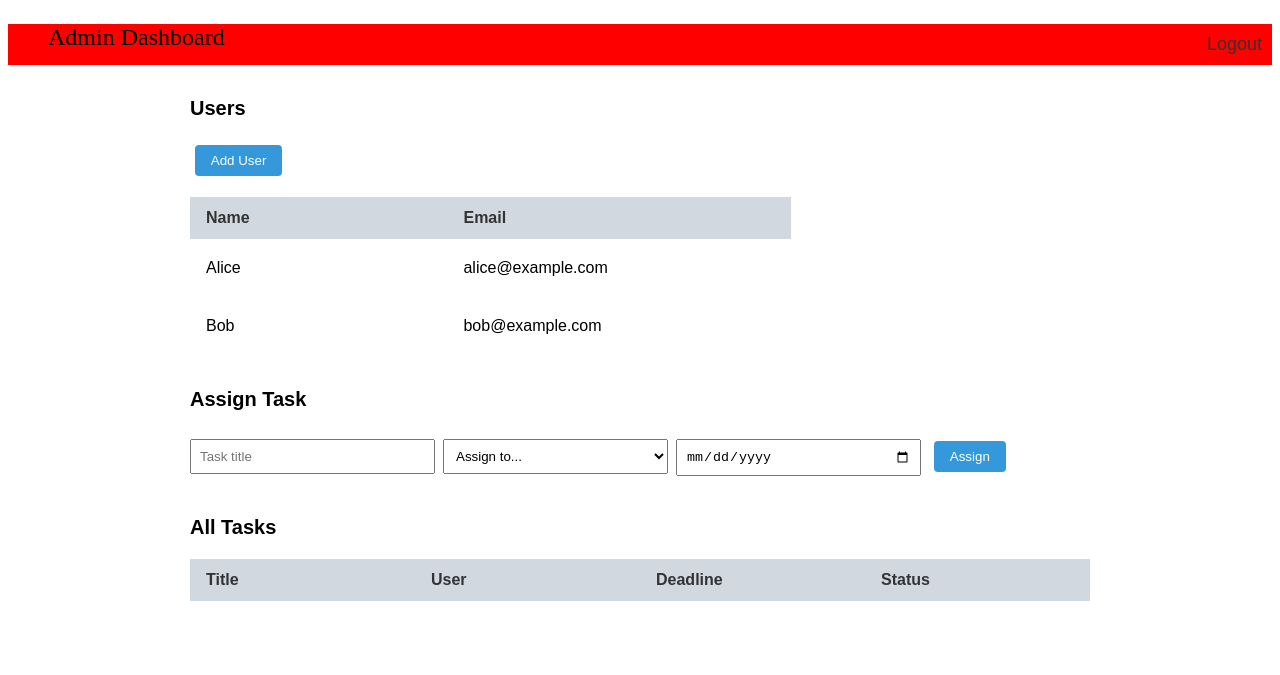
Repository: Edmund-Kiama/todoPHP
Page: /admin (app in task-manager-frontend/)
The author's editor kept a copy of each file at every save. The page is drawn from the files as they stood at one save, then again after the next save.
The browser window is 1280 px wide. The pictures show the whole page.
The project was rebuilt for these pictures with package versions that can differ from the ones it lists, and the page was loaded fresh each time. Also part of the build but not shown: task-manager-frontend/vite.config.js, task-manager-frontend/src/components/Login/login.css, task-manager-frontend/src/components/Login/Login.vue, task-manager-frontend/src/components/User/UserDashboard.vue.

Above is the page before, as saved 2025-07-12 21:42:40.

After the next save:
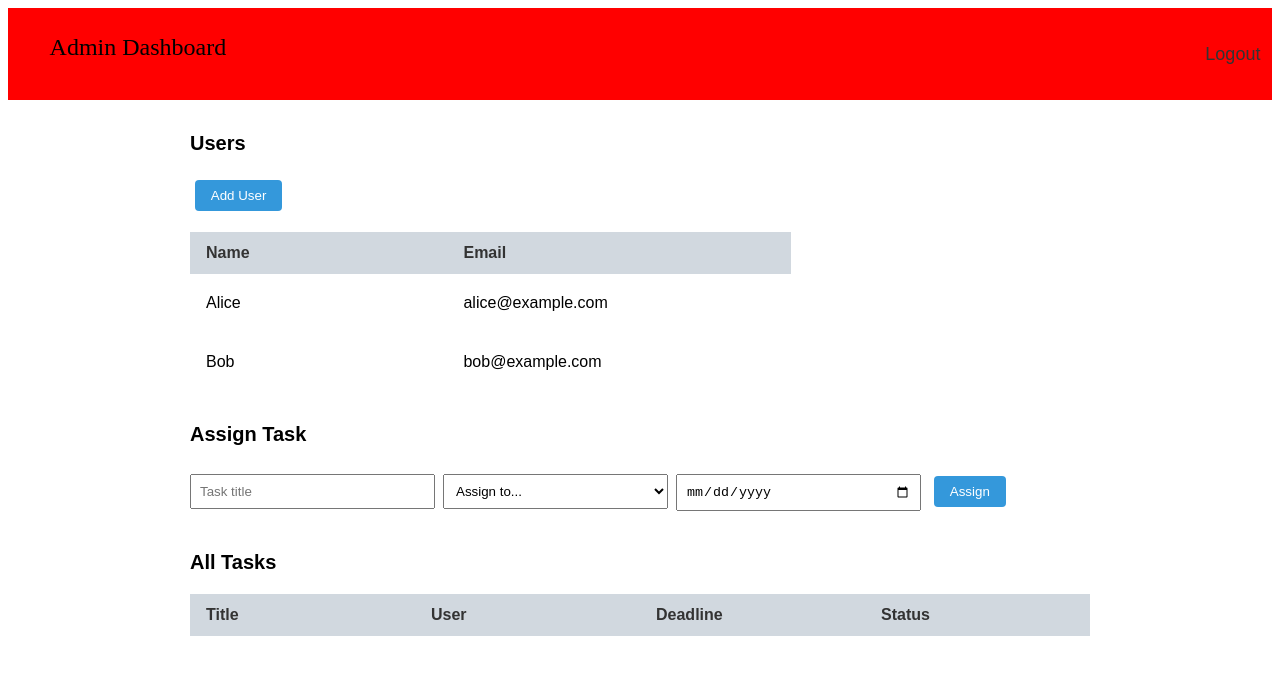
Saved 6 s later.
--- a/task-manager-frontend/src/components/Navbar/nav.css
+++ b/task-manager-frontend/src/components/Navbar/nav.css
@@ -1,6 +1,6 @@
 .navbar {
     background: red;
-    padding: 0rem;
+    padding: 0.1rem;
 }
 .navbar ul {
     display: flex;

After the save that followed:
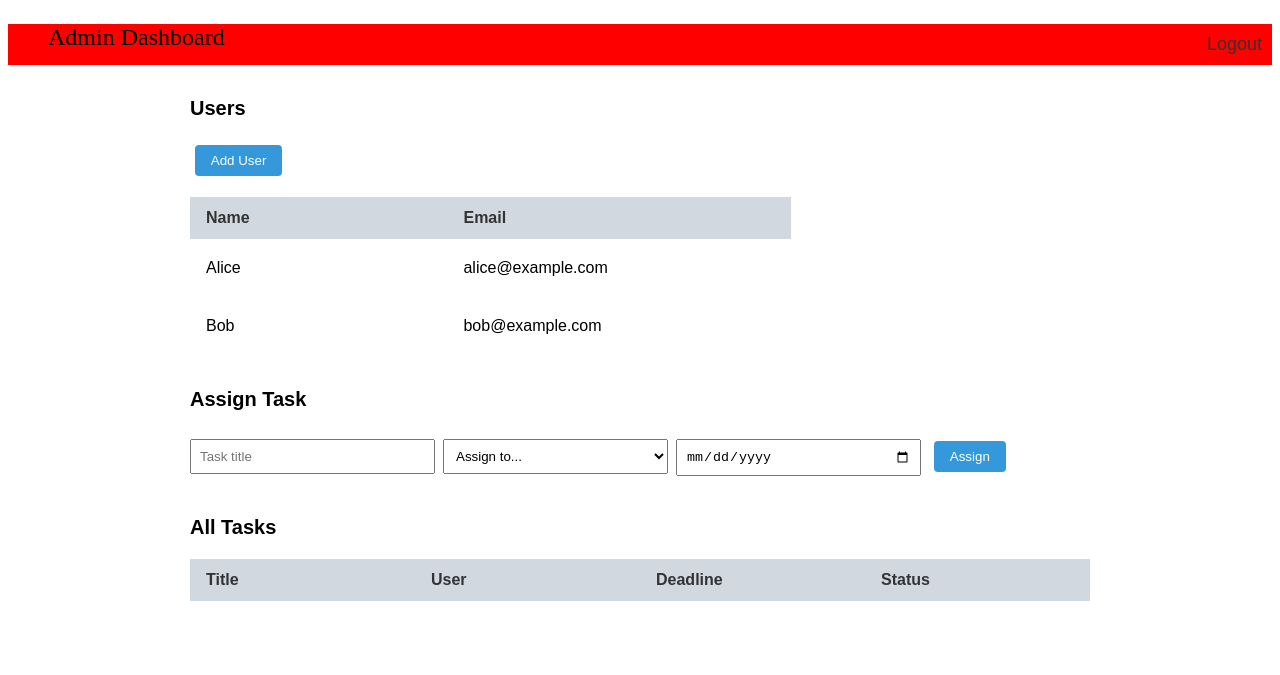
Saved 5 s later.
--- a/task-manager-frontend/src/components/Navbar/nav.css
+++ b/task-manager-frontend/src/components/Navbar/nav.css
@@ -1,6 +1,5 @@
 .navbar {
     background: red;
-    padding: 0.1rem;
 }
 .navbar ul {
     display: flex;
